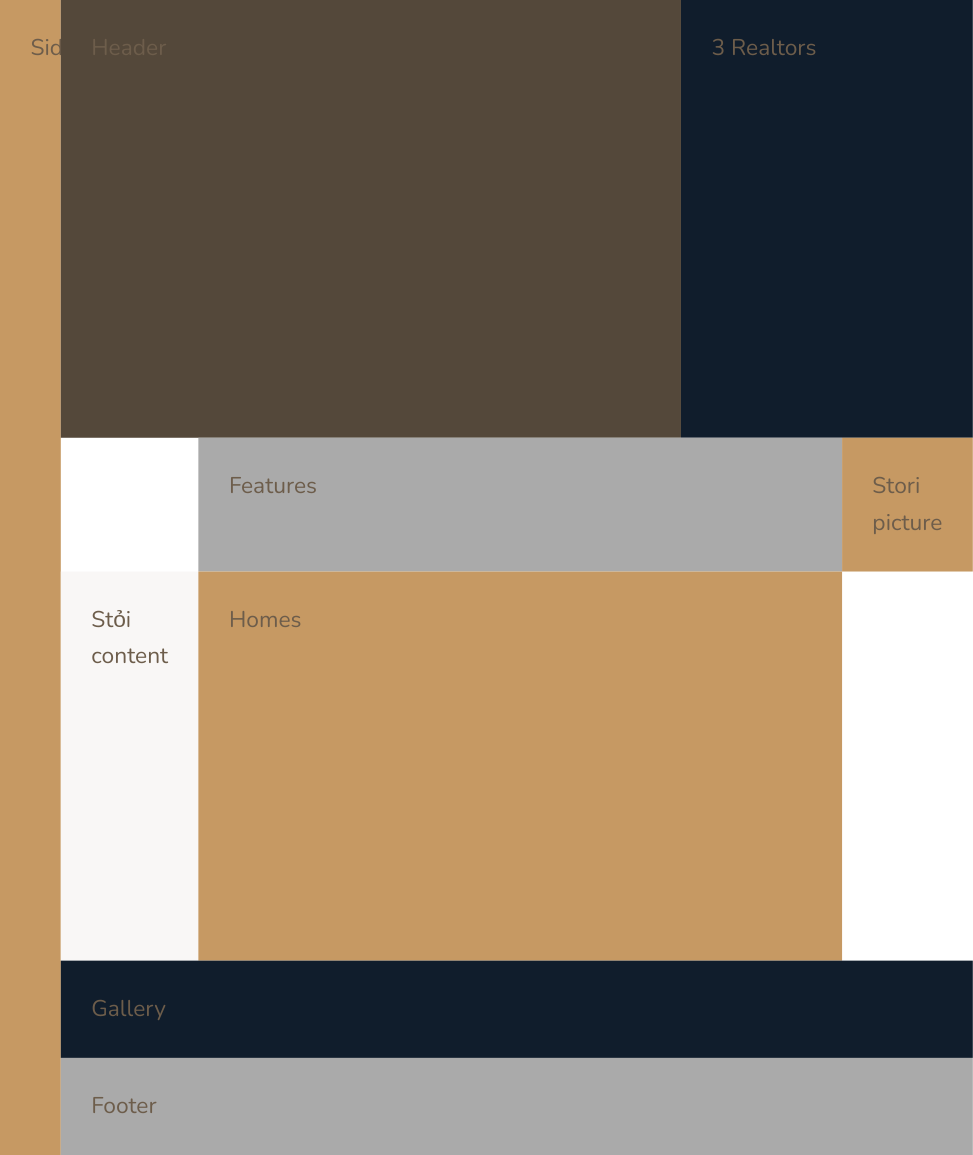
Repository: m2pd/your-home
Page: index.html
The author's editor kept a copy of each file at every save. The page is drawn from the files as they stood at one save, then again after the next save.
The browser window is 1280 px wide. The pictures show the whole page, at 76% of full size.
The style sheet was rebuilt from its Sass, Less or Tailwind sources for each picture, by a compiler version that may differ from the author's.

Above is the page before, as saved 2020-02-27 08:13:23.

After the next save:
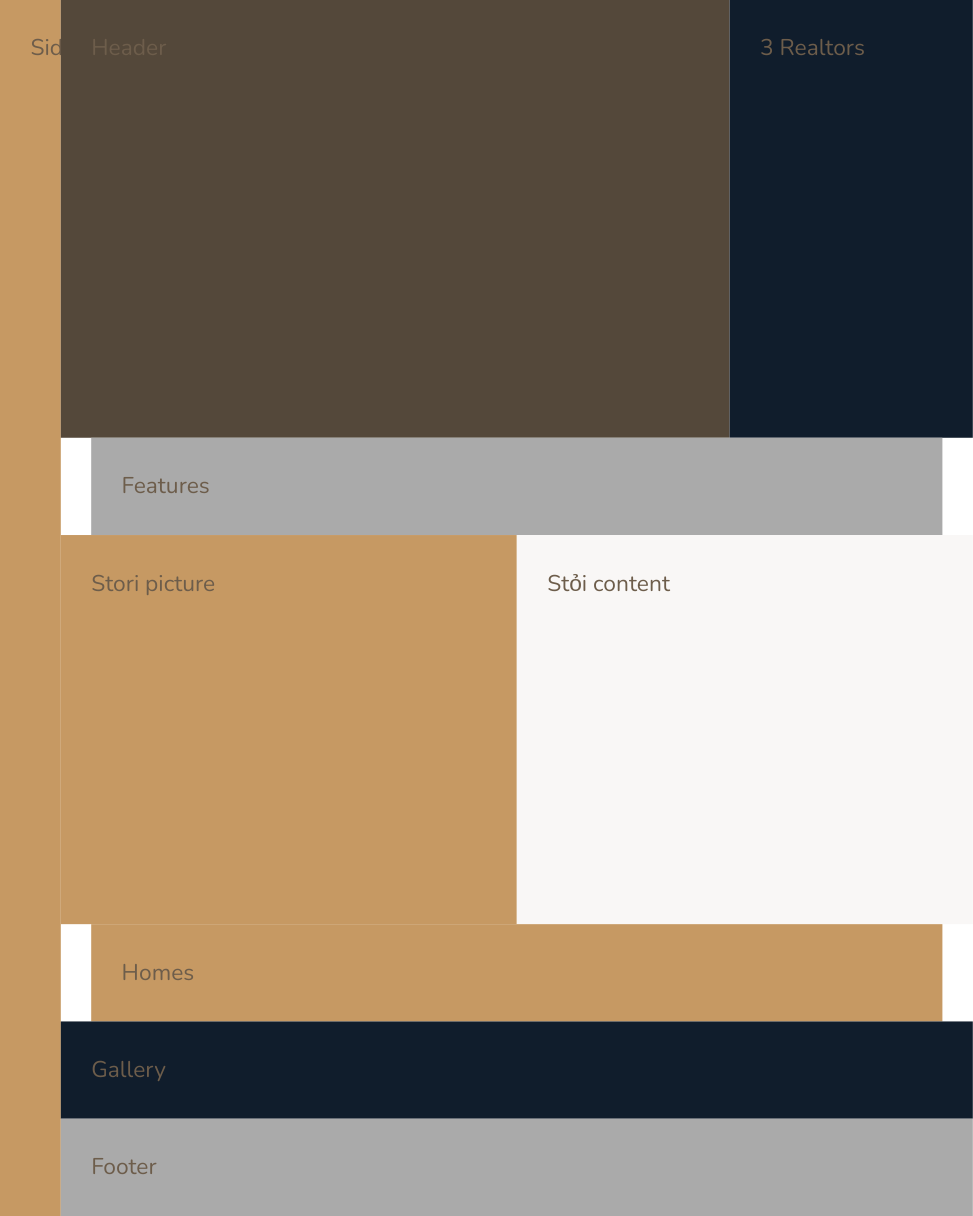
Saved 3 min 39 s later.
--- a/sass/_story.scss
+++ b/sass/_story.scss
@@ -1,9 +1,11 @@
 .story{
     &__pictures{
         background-color: $color-primary;
+        grid-column: full-start / col-end 4;
     }
 
     &__content{
         background-color: $color-grey-light-1;
+        grid-column: col-start 5 / full-end;
     }
 }
